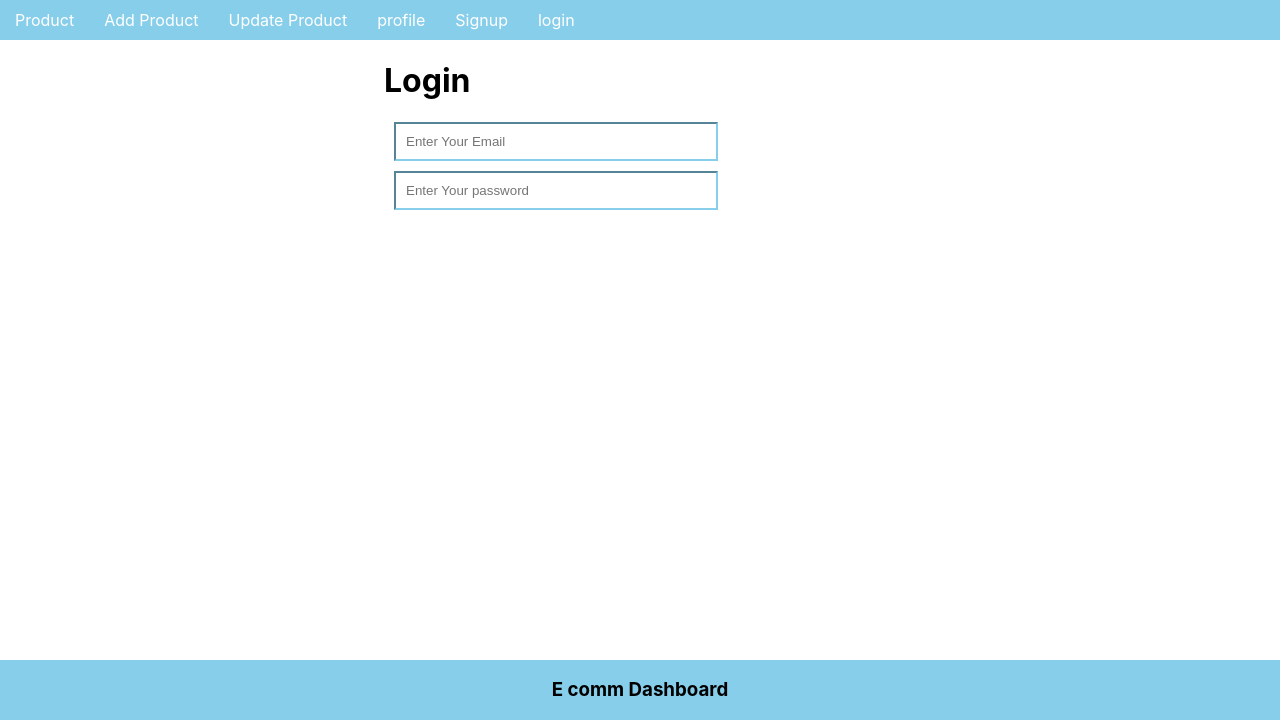
Repository: ShahbazGurmani/react-code-e-dashboard
Page: /login
An editor plug-in stored every save of this project. The page is shown before and after the next save, followed by the edit.
The browser window is 1280 px wide. The pictures show the whole page.
The project was rebuilt for these pictures with package versions that can differ from the ones it lists, and the page was loaded fresh each time. Also part of the build but not shown: src/components/Signup.js, src/components/PrivateCom.js.

Above is the page before, as saved 2023-08-24 22:53:51.

After the next save:
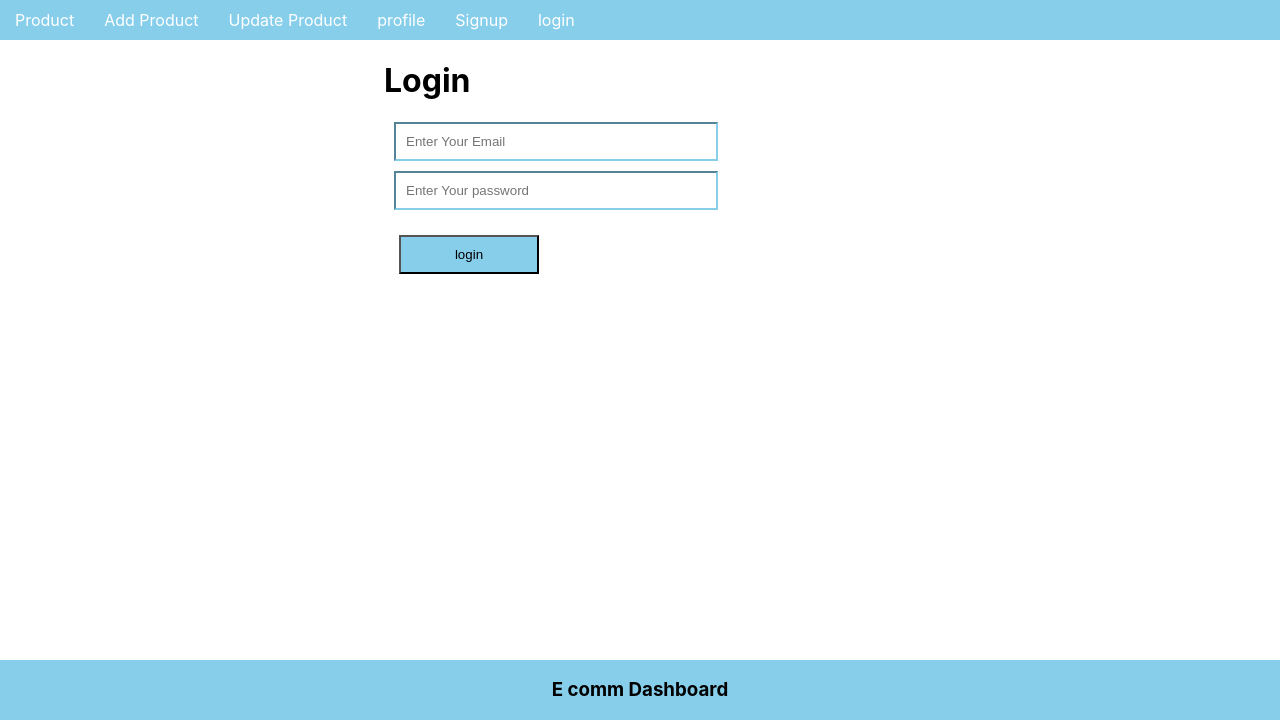
Saved 46 s later.
--- a/src/components/Login.js
+++ b/src/components/Login.js
@@ -3,7 +3,7 @@ import React from "react";
 const Login = () => {
   return (
     <div className="login">
-    <h1>Login</h1>
+      <h1>Login</h1>
       <input
         className="loginInputbox"
         type="text"
@@ -23,6 +23,10 @@ const Login = () => {
         // }}
         placeholder="Enter Your password"
       />
+
+      <button className="button" type="submit">
+        login
+      </button>
     </div>
   );
 };
